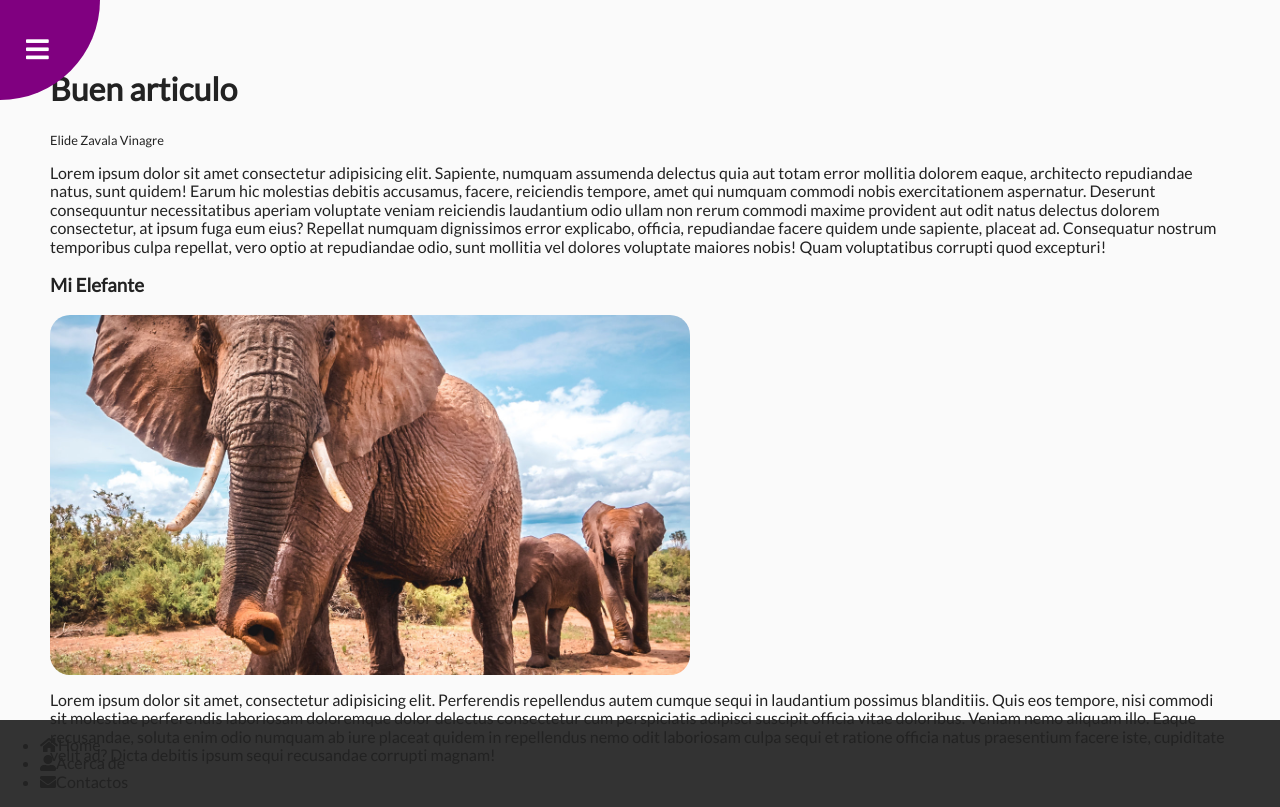
Repository: ElideZavala/Navagacion-en-rotacion
Page: index.html
These files come from the project's save history. The page is drawn as it stood at one moment and after the next save; the edit follows.
The browser window is 1280 px wide. The pictures show the whole page.

Above is the page before, as saved 2021-05-29 09:23:19.

After the next save:
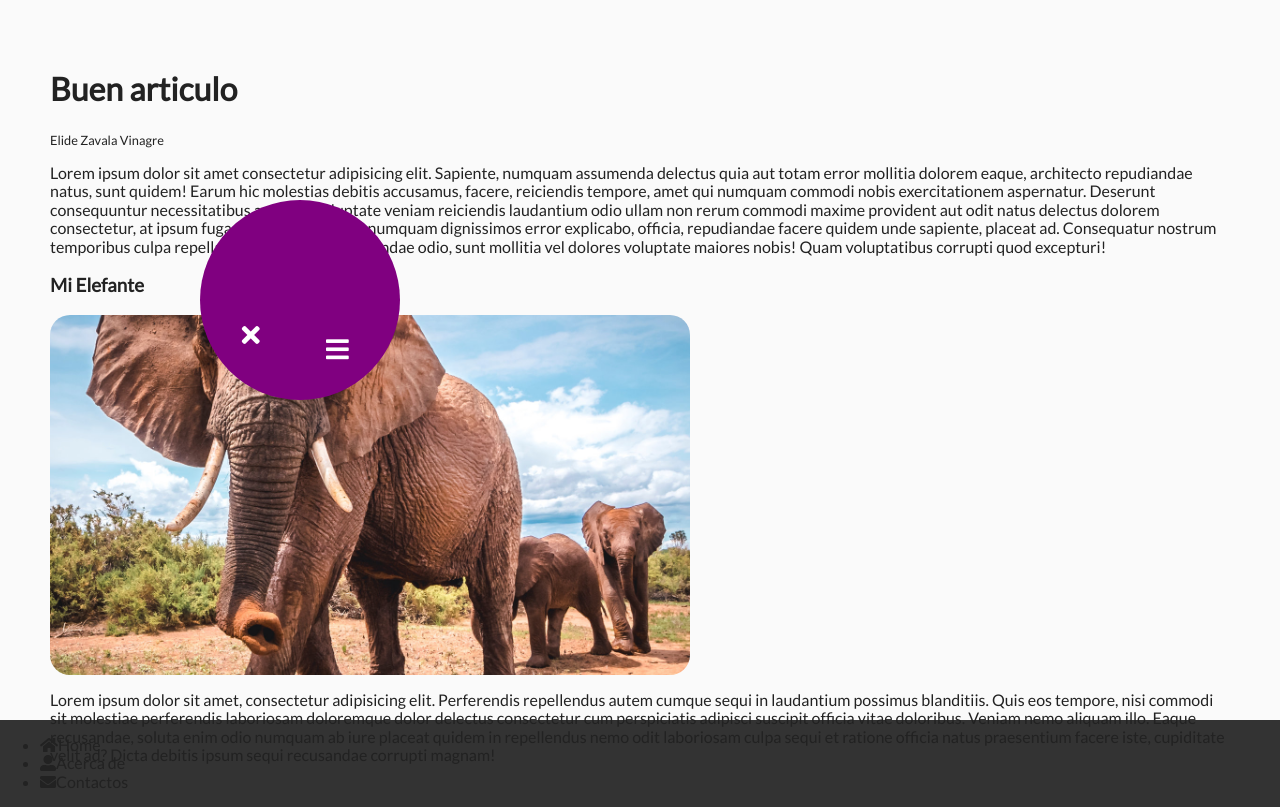
Saved 13 s later.
--- a/style.css
+++ b/style.css
@@ -35,8 +35,8 @@
 
 .circle-container {
 	position: fixed;
-	top: -100px;
-	left: -100px;
+	top: 200px;
+	left: 200px;
 }
 
 .circle {

After the save that followed:
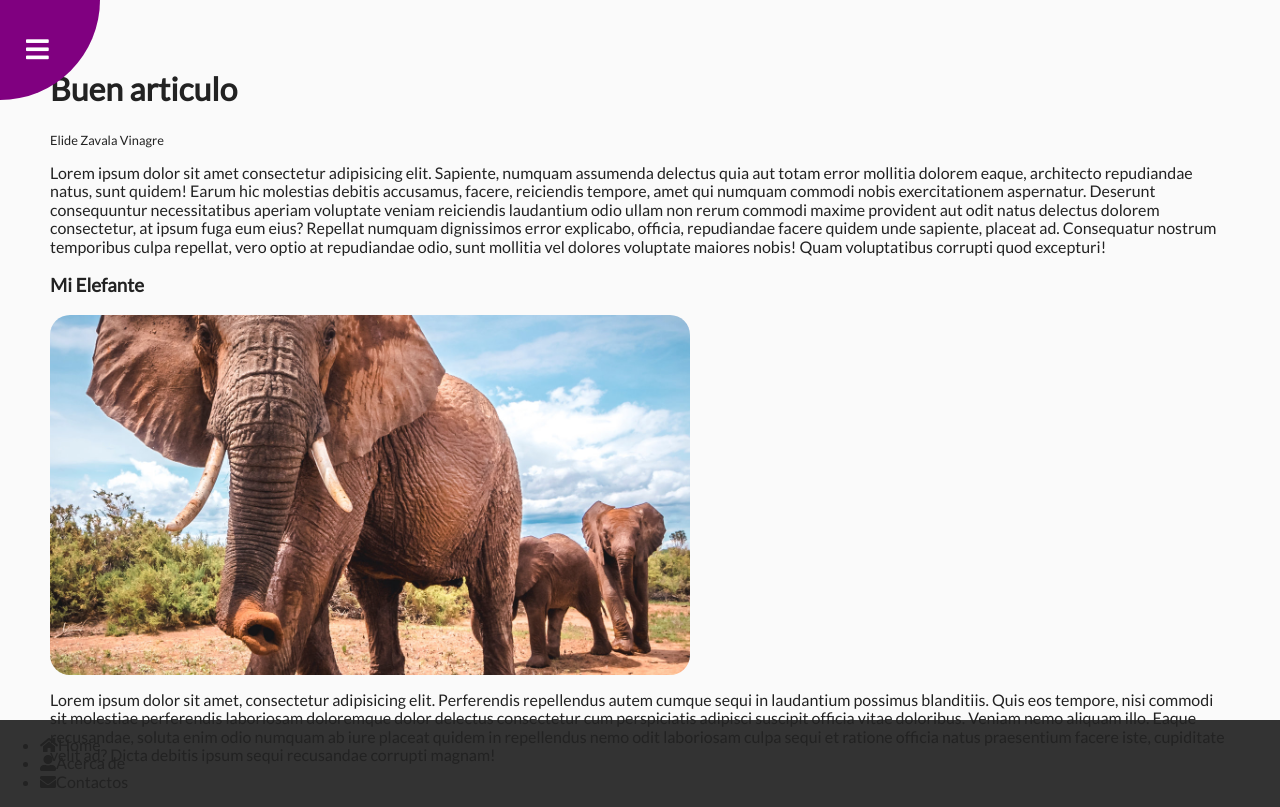
Saved 9 s later.
--- a/style.css
+++ b/style.css
@@ -35,8 +35,8 @@
 
 .circle-container {
 	position: fixed;
-	top: 200px;
-	left: 200px;
+	top: -100px;
+	left: -100px;
 }
 
 .circle {
